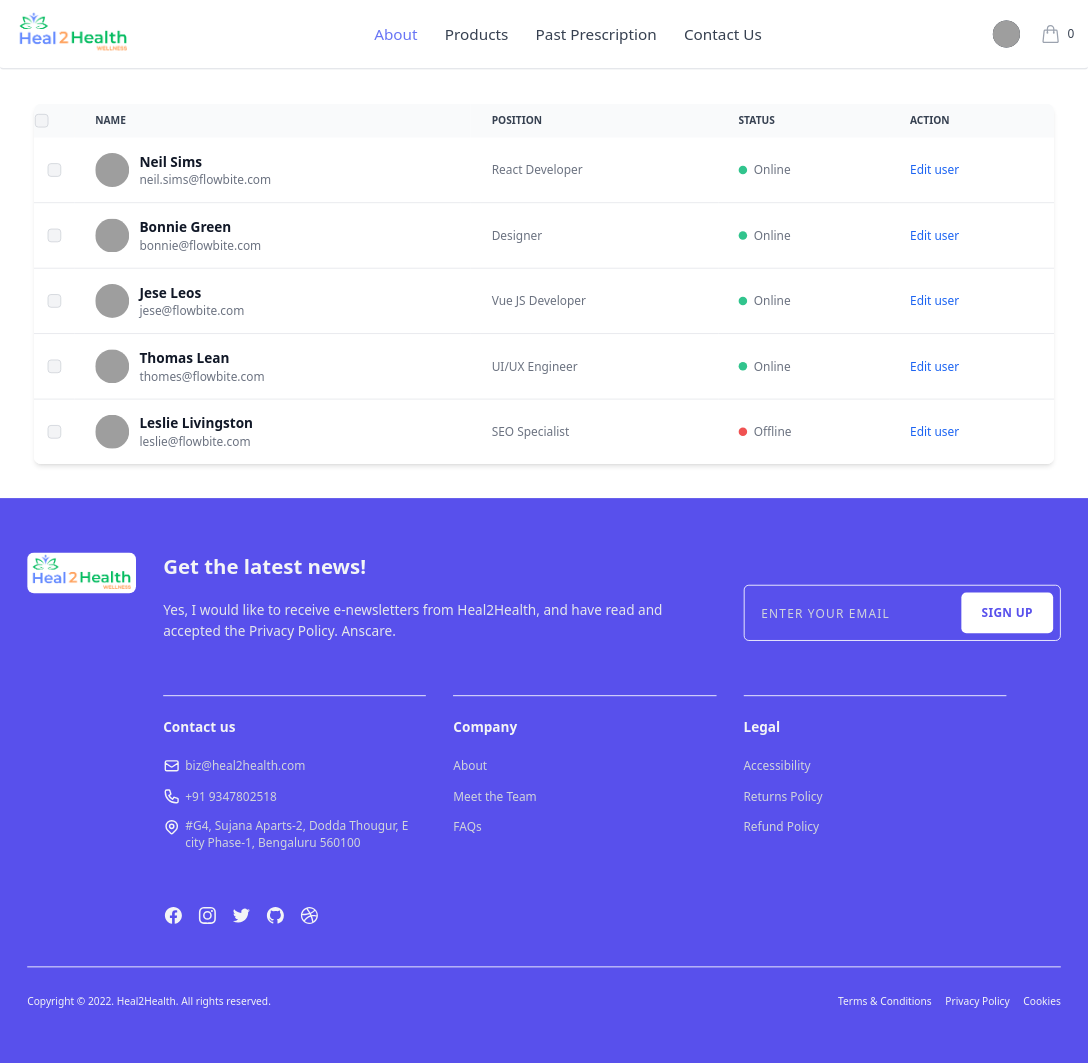
Repository: Akash123-coder/H2H
Page: /dealer (app in Frontend/)
These files come from the project's save history. The page is drawn as it stood at one moment and after the next save; the edit follows.
The browser window is 1280 px wide. The pictures show the whole page, at 85% of full size.
Pictures or frames that could not be fetched are drawn as grey boxes. The project was rebuilt for these pictures with package versions that can differ from the ones it lists, and the page was loaded fresh each time. Also part of the build but not shown: Frontend/vite.config.ts, Frontend/src/pages/About.tsx, Frontend/src/components/Cta.jsx, Frontend/src/pages/Home.jsx, Frontend/src/components/Product.tsx, Frontend/src/components/Select.jsx, Frontend/src/components/CompanySelect.jsx, Frontend/src/pages/Prescription.jsx and 7 more.

Above is the page before, as saved 2022-10-12 11:50:59.

After the next save:
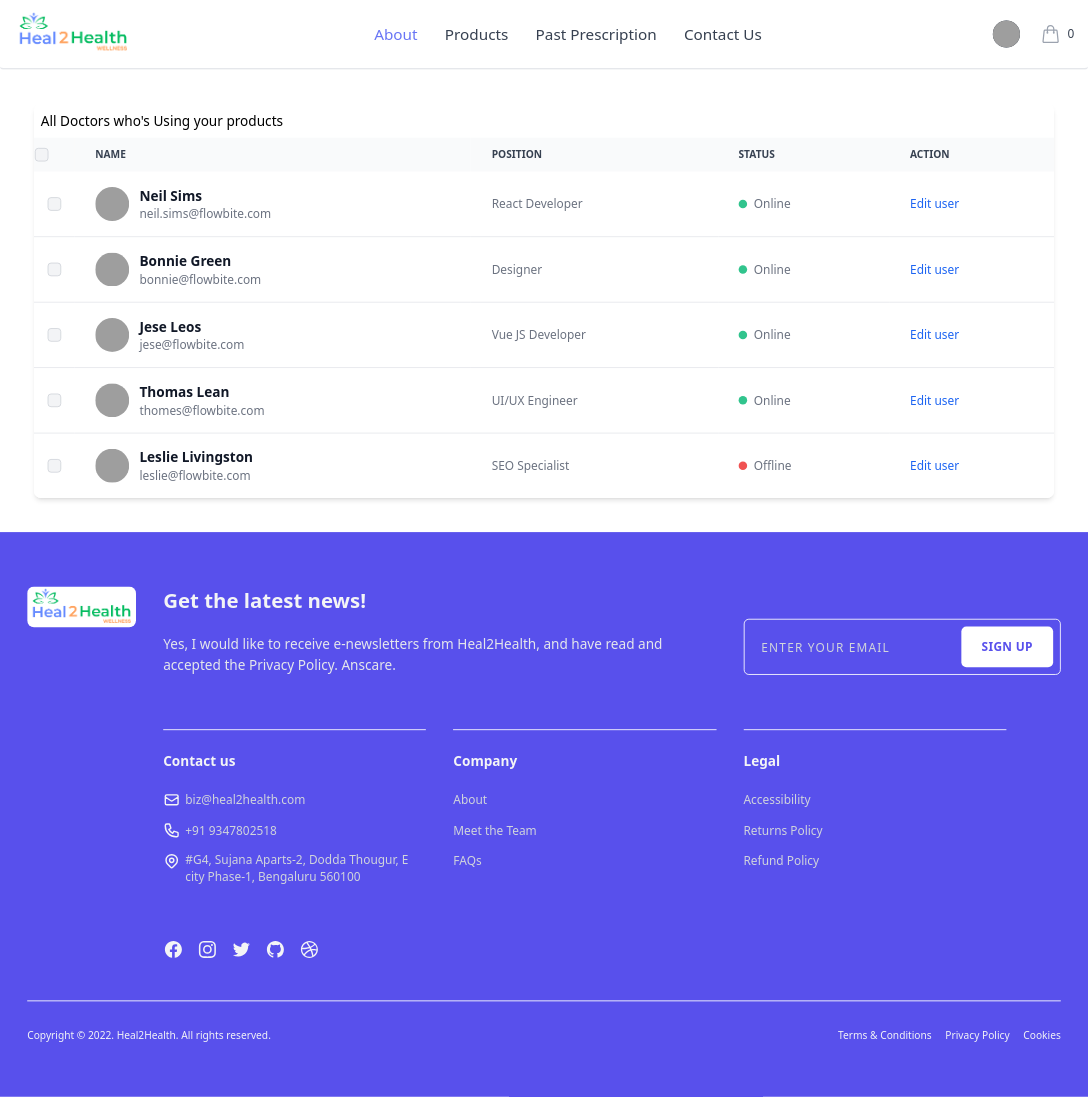
Saved 71 s later.
--- a/Frontend/src/components/List.jsx
+++ b/Frontend/src/components/List.jsx
@@ -5,7 +5,9 @@ function List() {
     <div>
 
 <div className="overflow-x-auto relative shadow-md sm:rounded-lg">
-
+    <div className="p-2">
+        <p>All Doctors who's Using your products</p>
+    </div>
     <table className="w-full text-sm text-left text-gray-500 dark:text-gray-400">
         <thead className="text-xs text-gray-700 uppercase bg-gray-50 dark:bg-gray-700 dark:text-gray-400">
             <tr>
